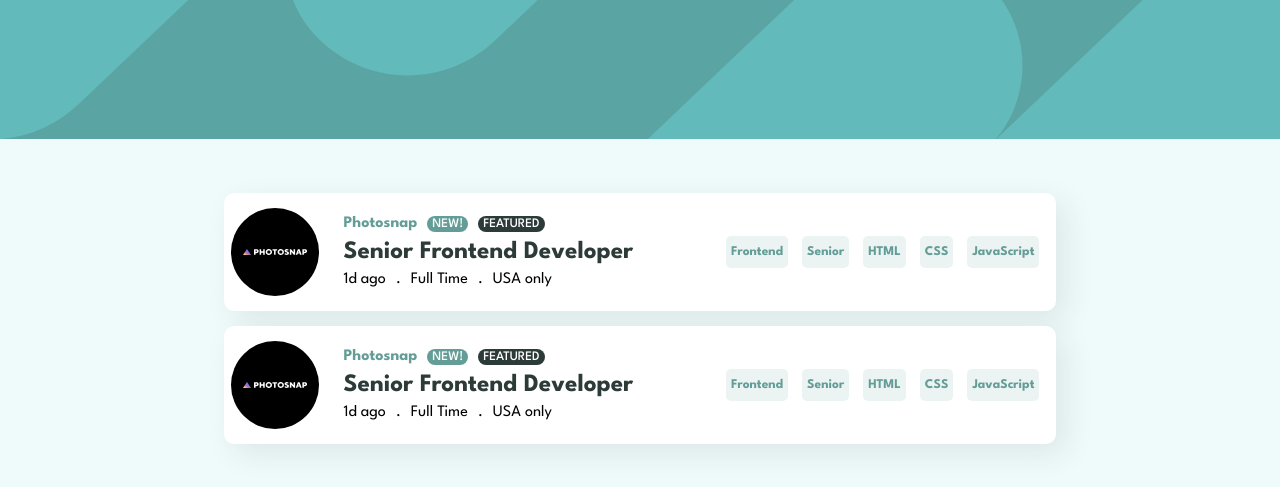
Repository: Eldream12/JobListing
Page: index.html
The author's editor kept a copy of each file at every save. The page is drawn from the files as they stood at one save, then again after a run of saves.
The browser window is 1280 px wide. The pictures show the whole page.

Above is the page before, as saved 2025-03-31 21:20:01.

### index.html
<!DOCTYPE html>
<html lang="en">
	<head>
		<meta charset="UTF-8" />
		<meta name="viewport" content="width=device-width, initial-scale=1.0" />
		<title>Job Listing</title>
		<link rel="stylesheet" href="style/style.css" />
	</head>

	<body>
		<header>
			<div>
				<img src="Images/bg-header-desktop.svg" alt="NavHeader" />
			</div>
		</header>

		<main>
			<div class="content-carrier">
				<div class="content">
					<div class="ctn">
						<img src="Images/photosnap.svg" alt="photosnap" />
						<div class="content-text">
							<div class="txt-1">
								<h4>Photosnap</h4>
								<div class="btn-1">
									<button>NEW!</button>
								</div>
								<div class="btn-2">
									<button>FEATURED</button>
								</div>
							</div>
							<div class="txt-2">
								<h2>Senior Frontend Developer</h2>
							</div>
							<div class="txt-3">
								<p>1d ago</p>
								<p>.</p>
								<p>Full Time</p>
								<p>.</p>
								<p>USA only</p>
							</div>
						</div>
					</div>

					<div class="btn">
						<button>Frontend</button>
						<button>Senior</button>
						<button>HTML</button>
						<button>CSS</button>
						<button>JavaScript</button>
					</div>
				</div>

				<div class="content">
					<div class="ctn">
						<img src="Images/photosnap.svg" alt="photosnap" />
						<div class="content-text">
							<div class="txt-1">
								<h4>Photosnap</h4>
								<div class="btn-1">
									<button>NEW!</button>
								</div>
								<div class="btn-2">
									<button>FEATURED</button>
								</div>
							</div>
							<div class="txt-2">
								<h2>Senior Frontend Developer</h2>
							</div>
							<div class="txt-3">
								<p>1d ago</p>
								<p>.</p>
								<p>Full Time</p>
								<p>.</p>
								<p>USA only</p>
							</div>
						</div>
					</div>

					<div class="btn">
						<button>Frontend</button>
						<button>Senior</button>
						<button>HTML</button>
						<button>CSS</button>
						<button>JavaScript</button>
					</div>
				</div>
			</div>
		</main>
		<footer></footer>
	</body>
</html>

### style/style.css
@import url("https://fonts.googleapis.com/css2?family=League+Spartan:wght@100..900&display=swap");

* {
	font-family: League Spartan;
	margin: 0;
	padding: 0;
	box-sizing: border-box;
}

html body {
	background-color: hsl(180, 52%, 96%);
}

header img {
	width: 100%;
	background-color: hsl(180, 29%, 50%);
	margin-bottom: 50px;
}

.content-carrier .content {
	display: flex;
	background-color: #ffffff;
	align-items: center;
	justify-content: space-around;
	max-width: 65%;
	margin: auto;
	padding: 15px 5px 15px 5px;
	gap: 90px;
	border-radius: 10px;
	box-shadow: #2c3b3817 10px 10px 30px;
	margin-bottom: 15px;
}

.content-carrier .content .txt-1 {
	display: flex;
}

.content-carrier .content .txt-3 {
	display: flex;
}

.content-carrier .content .ctn {
	display: flex;
	align-items: center;
}

.content .ctn img {
	margin-right: 25px;
}

.content .btn button {
	background-color: #ebf4f3;
	border: none;
	padding: 10px 5px 10px 5px;
	border-radius: 5px;
	color: #649d97;
	font-weight: 700;
	margin-right: 10px;
}

.content .txt-1 h4 {
	color: #649d97;
}

.content .txt-1 .btn-1 button {
	background-color: #649d97;
}

.content .txt-1 .btn-2 button {
	background-color: #2c3b38;
}

.content .txt-1 button {
	font-size: 13px;
	font-weight: 500;
	color: #ffffff;
	border: none;
	padding: 2px 5px 2px 5px;
	border-radius: 10px;
	margin-left: 10px;
}

.content .txt-2 h2 {
	margin: 8px 0 8px 0;
	font-size: 25px;
	color: #2c3b38;
}

.content .txt-3 p {
	margin-right: 10px;
}

After the next 2 saves:
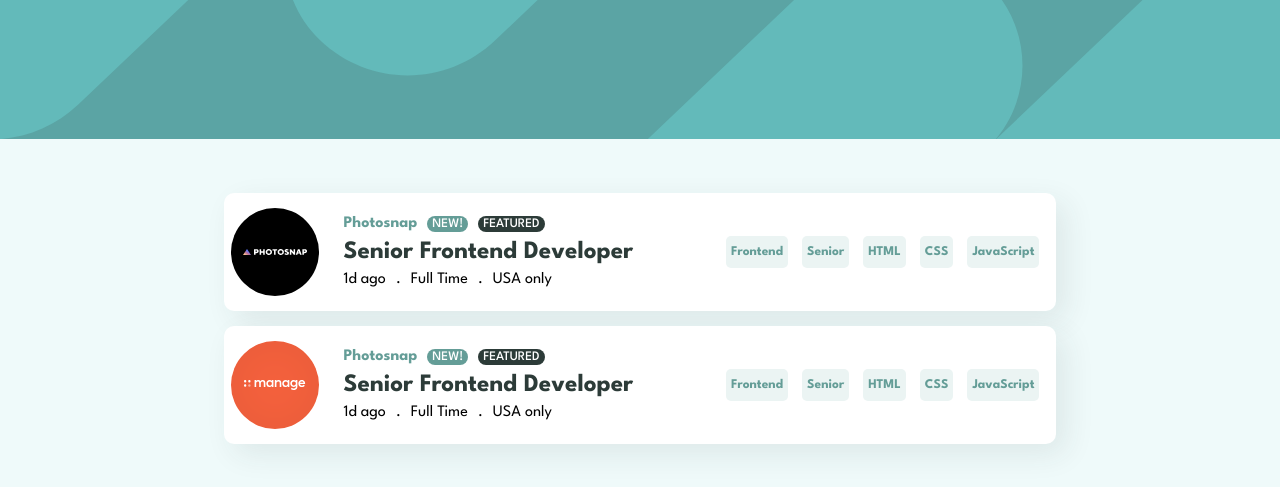
The 2 saves are shown as one change because they came seconds apart.
The last was saved 23 s later.
--- a/index.html
+++ b/index.html
@@ -53,7 +53,7 @@
 
 				<div class="content">
 					<div class="ctn">
-						<img src="Images/photosnap.svg" alt="photosnap" />
+						<img src="Images/manage.svg" alt="photosnap" />
 						<div class="content-text">
 							<div class="txt-1">
 								<h4>Photosnap</h4>
